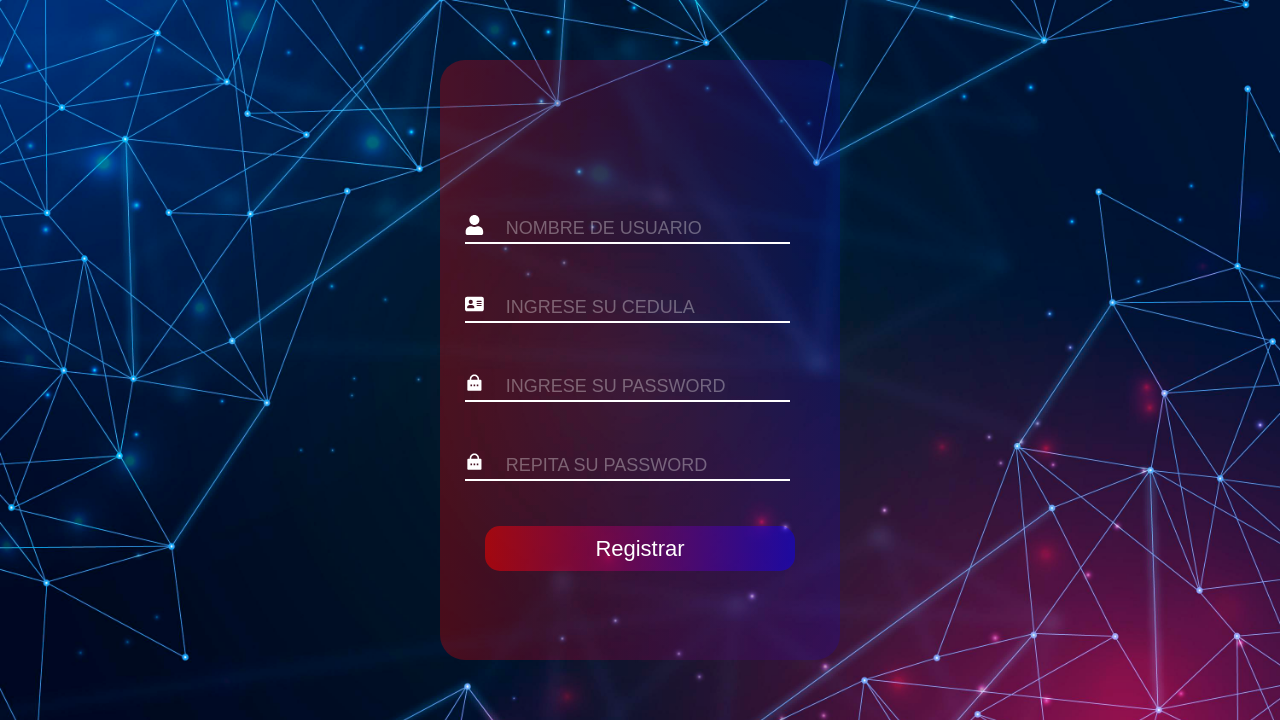
Repository: Davic1o/municipio
Page: /Registro
The author's editor kept a copy of each file at every save. The page is drawn from the files as they stood at one save, then again after the next save.
The browser window is 1280 px wide. The pictures show the whole page.
The project was rebuilt for these pictures with package versions that can differ from the ones it lists, and the page was loaded fresh each time. Also part of the build but not shown: src/pages/Login/Login.jsx, src/pages/Administrador/Admin.jsx, src/pages/Coord/Coord.jsx, src/pages/User/User.jsx.

Above is the page before, as saved 2024-02-06 17:57:26.

### src/index.js
import React from 'react';
import ReactDOM from 'react-dom/client';
import './index.css';
import App from './App';
import { BrowserRouter } from 'react-router-dom';

const root = ReactDOM.createRoot(document.getElementById('root'));
root.render(
  <BrowserRouter>
    <App />
   </BrowserRouter>
);

### src/index.css
body {
  margin: 0;
  font-family: -apple-system, BlinkMacSystemFont, 'Segoe UI', 'Roboto', 'Oxygen',
    'Ubuntu', 'Cantarell', 'Fira Sans', 'Droid Sans', 'Helvetica Neue',
    sans-serif;
  -webkit-font-smoothing: antialiased;
  -moz-osx-font-smoothing: grayscale;
}

code {
  font-family: source-code-pro, Menlo, Monaco, Consolas, 'Courier New',
    monospace;
}
input{
  text-decoration: none;
  border: none;
}
button{
  background-color: transparent;
  text-decoration: none;
  border: none;
}

### src/App.jsx

import './App.css';
import Rutas from './routes/Rutas';

function App() {
  return (
    <div className="App">
      <Rutas/>
    </div>
  );
}

export default App;

### src/routes/Rutas.jsx
import React from 'react'
import { Routes, Route } from 'react-router-dom';
import Login from '../pages/Login/Login';
import Admin from '../pages/Administrador/Admin';
import Coord from '../pages/Coord/Coord';
import User from '../pages/User/User';
import Register from '../pages/Register/Register';


function Rutas() {
  return (


    <Routes>
    <Route exact path="/" element={<Login/>} />
    <Route exact path="/Registro" element={<Register/>} />
    <Route exact path="/Administrador" element={<Admin/>} />
    <Route path='/Coordinador' element={<Coord/>} />
    <Route path='/Usuario' element={<User/>} />

    </Routes>

  )
}

export default Rutas

### src/pages/Register/Register.jsx
import React, { useState } from 'react';
import { FaUser } from 'react-icons/fa';
import { RiLockPasswordFill } from 'react-icons/ri';
import { useNavigate } from 'react-router-dom';
import { FaAddressCard } from "react-icons/fa6";
import './register.css';

const Register = () => {
  const navigate = useNavigate();

  return (
    <div className="login__container">
      <div className="register__recuadro">
        <div className="register__formulario">
          <div className="contenedor__nombre">
            <FaUser className="icon__nombre" />
            <input
              type="text"
              className="inp__nombre"
              placeholder="NOMBRE DE USUARIO"
            />
          </div>
          <div className="contenedor__nombre">
          <FaAddressCard className="icon__password"/>
            <input
              type="password"
              className="inp__password"
              placeholder="INGRESE SU CEDULA"

            />
          </div>
          <div className="contenedor__password">
          <RiLockPasswordFill className="icon__password" />
            <input
              type="password"
              className="inp__password"
              placeholder="INGRESE SU PASSWORD"

            />

          </div>
          <div className="contenedor__password">
          <RiLockPasswordFill className="icon__password" />
            <input
              type="password"
              className="inp__password"
              placeholder="REPITA SU PASSWORD"

            />


          </div>
          <div className="contendor__ingresar">
            <button className="btn__ingresar" >
              Registrar
            </button>
          </div>
        </div>
      </div>
    </div>
  );
};

export default Register;

### src/pages/Login/login.css
.login__container {
    background-image:  url('../../images/fondo_informacion.jpg');
    background-size: cover;
    height: 100vh;
    width: 100vw;
    box-sizing: border-box;
    display: flex;
    align-items: center;
    justify-content: center;
    z-index: 0;
}
.login__recuadro{
    width: 400px;
    height: 600px;
    border-radius: 25px;
    background: linear-gradient(to right, rgba(253, 0, 0, 0.288) 1%, rgba(16, 0, 235, 0.171));
}
.login__formulario{
    margin-top: 200px;
}
.contenedor__nombre, .contenedor__password{
    padding-top: 25px;
    width: 325px;
    margin: 25px;
    display: flex;
    border-bottom: 2px solid white ;
}
.icon__nombre, .icon__password{
    margin-right: 20px;
    font-size: 20px;
    background-color: transparent;
    color: white;
}
.inp__nombre, .inp__password{

    background-color: transparent;
    width: 300px;
    height: 25px;
    font-size: 18px;
    color: white;
}
.inp__nombre::placeholder, .inp__password::placeholder{
    font-size: 18px;
color: rgba(255, 255, 255, 0.336);
}
.inp__nombre:focus, .inp__password:focus{
    outline: none;
    font-size: 18px;
    border: none;
    color: white;
}
.contenedor__recuerdame{
    width: 325px;
    margin: 25px;
    display: flex;
}
.inp__recuerdame{
    transform: scale(1.5);
    margin-right: 20px;
}
.lbl__recuerdame{
    font-size: 18px;
    color: white;
}
.contenedor__registrar{
    width: 325px;
    margin: 25px;
    display: flex;
    justify-content: right;
}
.lbl__registrar{
    color: white;
}
.lbl__registrar:hover{
    color: blue;
    cursor: pointer;
}
.contendor__ingresar{

    background: linear-gradient(to right, rgba(253, 0, 0, 0.514) 1%, rgba(16, 0, 235, 0.514));
    border-radius: 15px;
    margin: 45px;
    display: flex;
    justify-content: center;
}
.btn__ingresar{
    height: 45px;
    color: white;
    font-size: 22px;
    cursor: pointer;

}

### src/pages/Register/register.css

.register__recuadro{
    width: 400px;
    height: 600px;
    border-radius: 25px;
    background: linear-gradient(to right, rgba(253, 0, 0, 0.288) 1%, rgba(16, 0, 235, 0.171));
}
.register__formulario{
    margin-top: 130px;
}

Loaded but not shown: public/index.html (common file); src/App.css (common file)

After the next save:
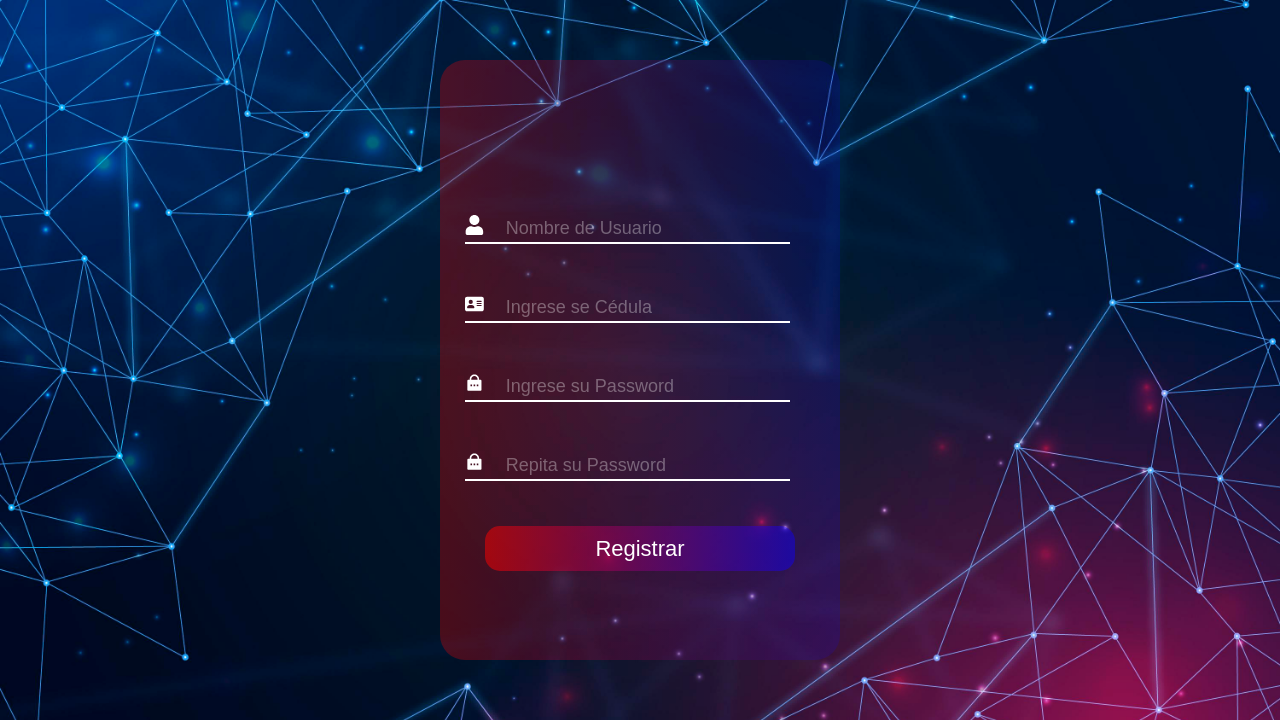
Saved 66 s later.
--- a/src/pages/Register/Register.jsx
+++ b/src/pages/Register/Register.jsx
@@ -17,7 +17,7 @@ const Register = () => {
             <input
               type="text"
               className="inp__nombre"
-              placeholder="NOMBRE DE USUARIO"
+              placeholder="Nombre de Usuario"
             />
           </div>
           <div className="contenedor__nombre">
@@ -25,7 +25,7 @@ const Register = () => {
             <input
               type="password"
               className="inp__password"
-              placeholder="INGRESE SU CEDULA"
+              placeholder="Ingrese se Cédula"
 
             />
           </div>
@@ -34,7 +34,7 @@ const Register = () => {
             <input
               type="password"
               className="inp__password"
-              placeholder="INGRESE SU PASSWORD"
+              placeholder="Ingrese su Password"
 
             />
 
@@ -44,7 +44,7 @@ const Register = () => {
             <input
               type="password"
               className="inp__password"
-              placeholder="REPITA SU PASSWORD"
+              placeholder="Repita su Password"
 
             />
 
